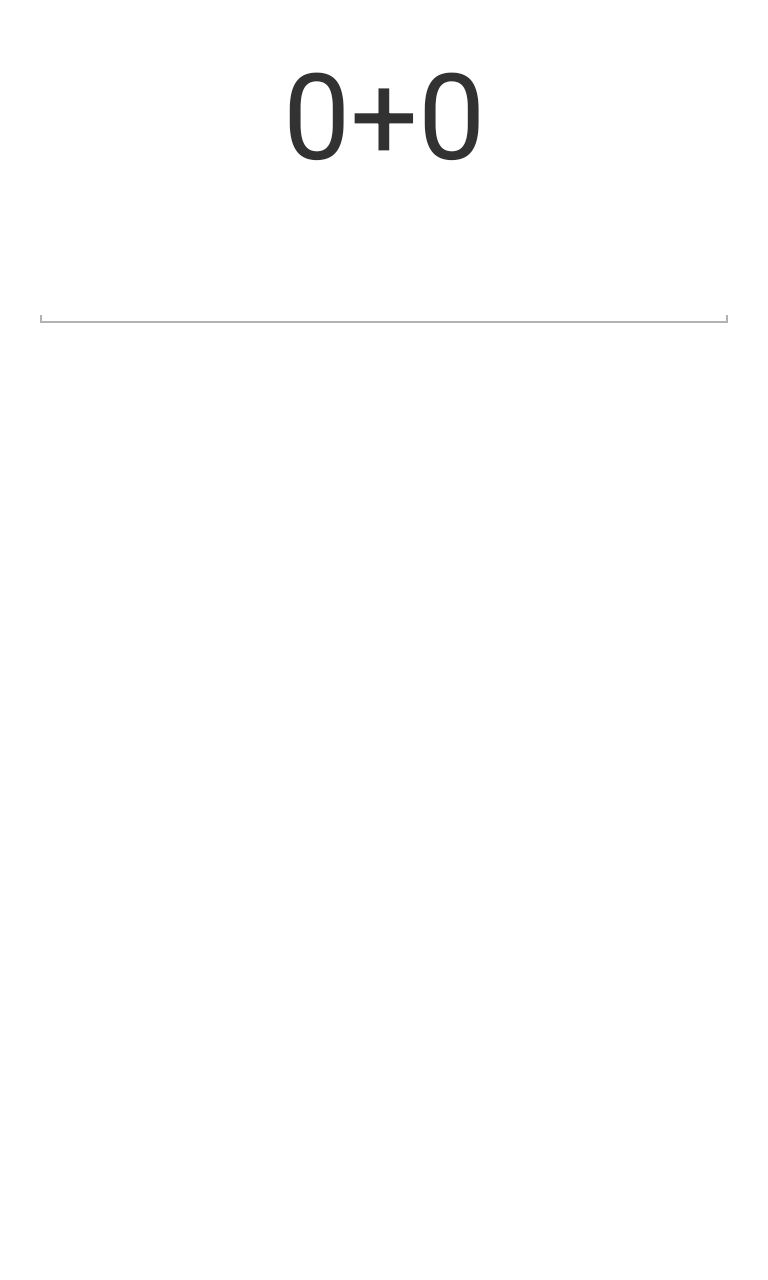
Repository: l2y/MathQuizApp
Layout: MathQuiz/res/layout/activity_quiz.xml
The author's editor kept a copy of each file at every save. The layout is drawn from the files as they stood at one save, then again after a run of saves.
It is drawn on a 768 x 1280 px phone screen (xhdpi) without system bars, with theme AppTheme; the app's code is not run.

Above is the layout before, as saved 2014-04-08 02:29:04.

After the next 2 saves:
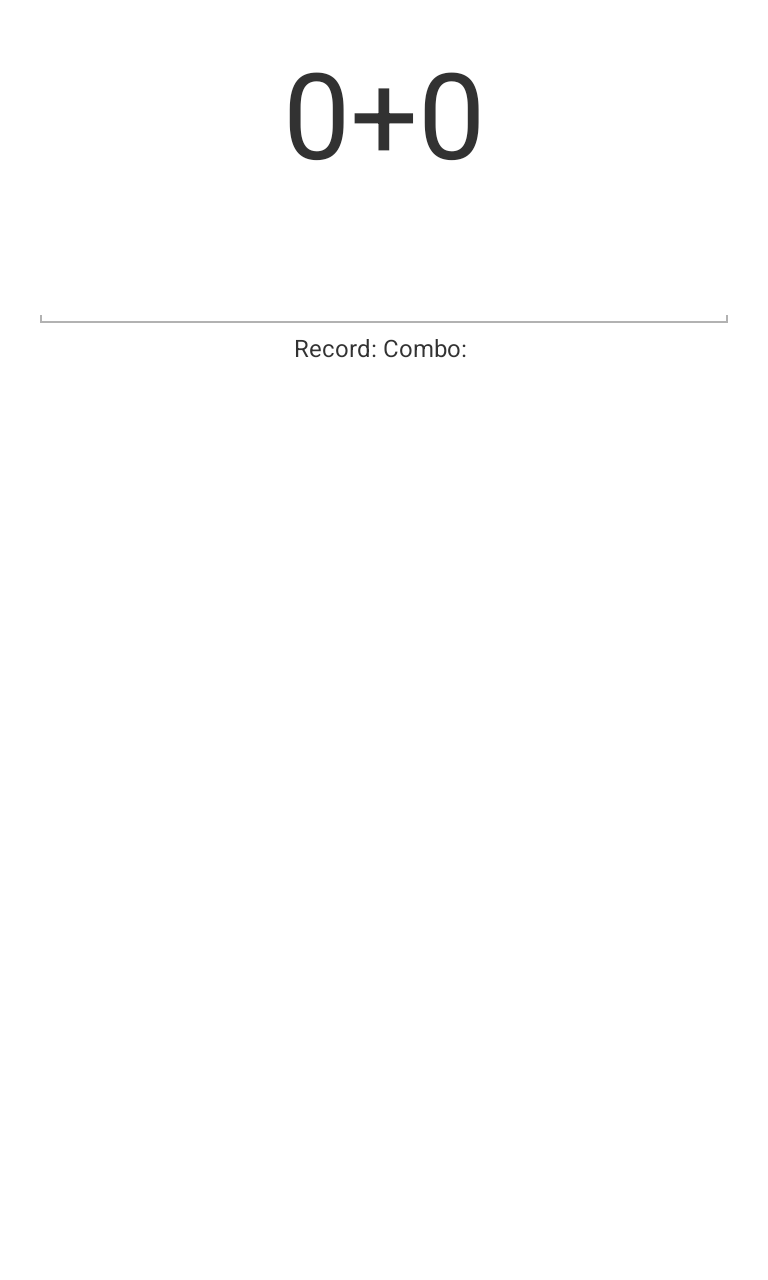
The 2 saves are shown as one change because 1 did not build or start.
The last was saved 3 min 41 s later.
--- a/MathQuiz/res/layout/activity_quiz.xml
+++ b/MathQuiz/res/layout/activity_quiz.xml
@@ -45,9 +45,29 @@
      <LinearLayout
         android:layout_width="fill_parent"
         android:layout_height="wrap_content"
-        android:layout_alignParentTop="true"
+        android:layout_below="@+id/answer"
         android:id="@+id/statistics"
         android:gravity="center_horizontal"
         android:layout_marginBottom="30dp">
+	    <TextView
+	        android:layout_width="wrap_content"
+	        android:layout_height="wrap_content"
+	        android:text="Record: "
+	        android:textSize="12sp"/>
+	    <TextView
+	        android:layout_width="wrap_content"
+	        android:layout_width="wrap_content"
+	        android:id="@+id/record"
+	         android:textSize="12sp"/>
+	    <TextView
+	        android:layout_width="wrap_content"
+	        android:layout_height="wrap_content"
+	        android:text="Combo: "
+	        android:textSize="12sp"/>
+	    <TextView
+	        android:layout_width="wrap_content"
+	        android:layout_width="wrap_content"
+	        android:id="@+id/record"
+	         android:textSize="12sp"/>
 	 </LinearLayout>
 </RelativeLayout>
